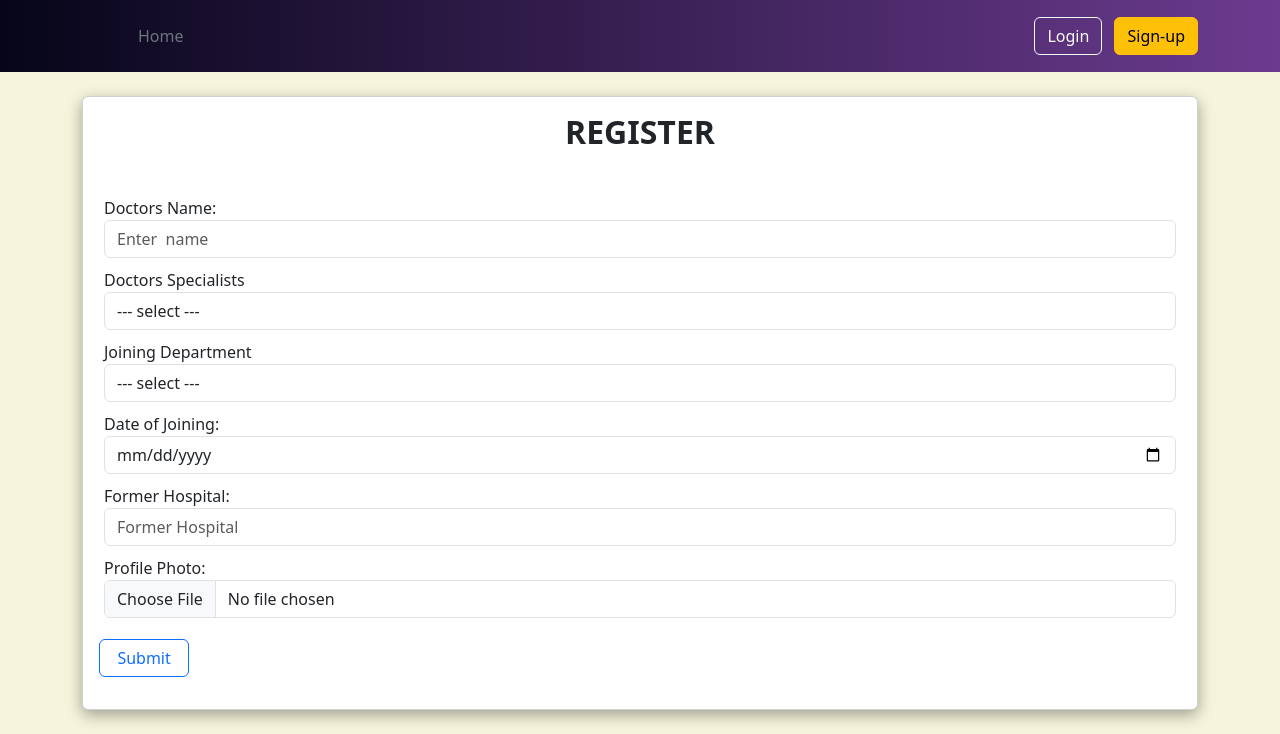
Repository: professorsourabh/php_membership
Page: index.html
These files come from the project's save history. The page is drawn as it stood at one moment and after the next save; the edit follows.
The browser window is 1280 px wide. The pictures show the whole page.

Above is the page before, as saved 2023-07-08 17:25:34.

After the next save:
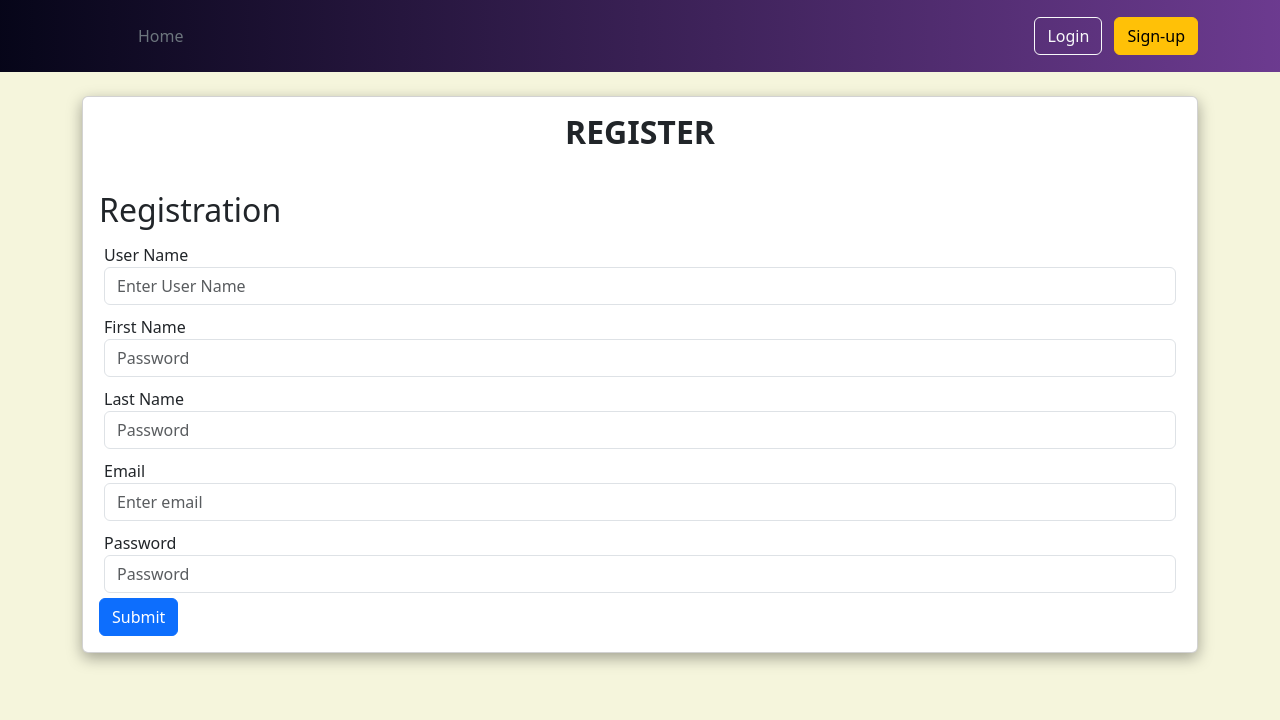
Saved 34 s later.
--- a/index.html
+++ b/index.html
@@ -33,71 +33,7 @@
                 <h2 class="text-uppercase fw-bold">Register</h2>
             </div>
             <div class="card-body">
-
-                <form class="form-group" method="post" enctype="multipart/form-data" action="./save_doctor.php">
-                    <div class="form-group">
-                        <label for="name">Doctors Name:</label>
-                        <input type="text" class="form-control" id="name" name="name" placeholder="Enter  name">
-                    </div>
-
-                    <div class="form-group">
-                        <label for="message">Doctors Specialists</label>
-                        <select name="speciality" id="" class="form-control">
-                            <option value="">--- select ---</option>
-                            <option value="audiologists">Audiologists</option>
-                            <option value="cardiologists">Cardiologists</option>
-                            <option value="cardiothoracic_surgeon">Cardiothoracic Surgeon</option>
-                            <option value="dentist">Dentist</option>
-                            <option value="endocrinologist">Endocrinologist</option>
-                            <option value="gynecologists">Gynecologists</option>
-                            <option value="neurologists">Neurologists</option>
-                            <option value="orthopedic_surgeon">Orthopedic Surgeon</option>
-                        </select>
-                    </div>
-
-                    <div class="form-group">
-                    <label for="message">Joining Department</label>
-                    <select name="department" id="" class="form-control">
-
-
-                            <option value="">--- select ---</option>
-                            <option value="OPD">OPD</option>
-                            <option value="Surgical">Surgical</option>
-                            <option value="IP">IP</option>
-                            <option value="Nursing">Nursing</option>
-                            <option value="OT">OT</option>
-                            <option value="X-Ray">X-Ray</option>
-                            <option value="Rehabilitation">Rehabilitation</option>
-                            <option value="Paramedical">Paramedical</option>
-                        </select>
-                    </div>
-
-                    <div class="form-group">
-                        <label for="time">Date of Joining:</label>
-                        <input type="date" class="form-control" name="doj" id="date" placeholder="Select a time">
-                    </div>
-
-                    <div class="form-group">
-                        <label for="time">Former Hospital:</label>
-                        <input type="type" class="form-control" name="former_hospital" id="former_hospital" placeholder="Former Hospital">
-                    </div>
-
-                    <div class="form-group">
-                        <label for="time">Profile Photo:</label>
-                        <input type="file" class="form-control" name="image" id="former_hospital" placeholder="Former Hospital">
-                    </div>
-
-
-                    <button class="btn btn-outline-primary col-sm-12 col-lg-1 my-3">Submit</button>
-                </form>
-            </div>
-        </div>
-
-    </div>
-
-      <!-- <div class="col-sm-8 col-md-6 col-lg-8 col-xl-8 col-xxl-8">
-    <section class="registration-part mx-5">
-        <h2>Registration</h2>
+                <h2>Registration</h2>
         <form method="post" action="">
             <div class="form-group">
                 <label for="exampleInputusername">User Name</label>
@@ -128,6 +64,15 @@
 
             <button type="submit" class="btn btn-primary">Submit</button>
           </form>
+
+            </div>
+        </div>
+
+    </div>
+
+      <!-- <div class="col-sm-8 col-md-6 col-lg-8 col-xl-8 col-xxl-8">
+    <section class="registration-part mx-5">
+
     </section>
 </div> -->
 
